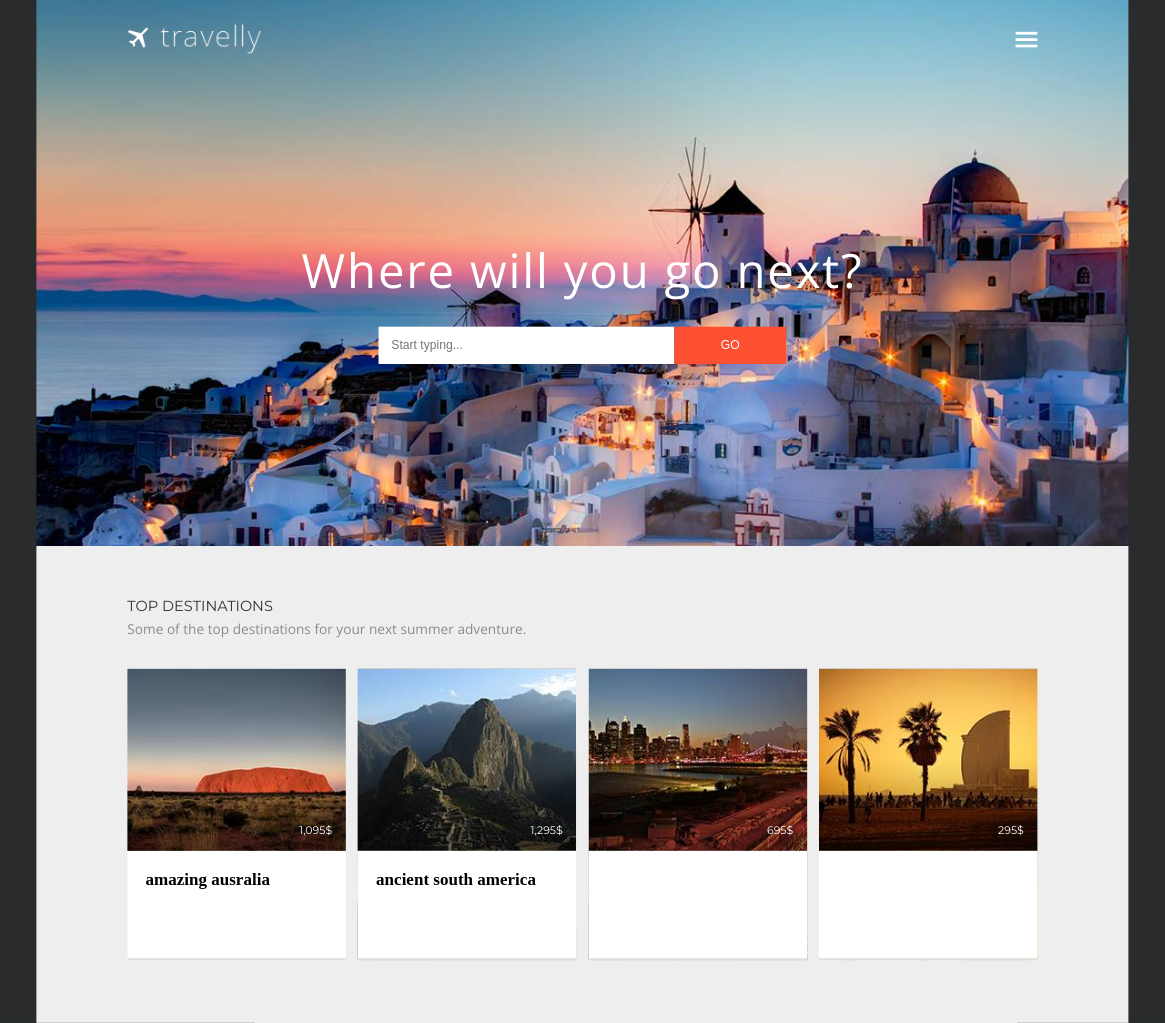
Repository: YusifHasanov/Web-Page-Template
Page: index.html
An editor plug-in stored every save of this project. The page is shown before and after the next save, followed by the edit.
The browser window is 1280 px wide. The pictures show the whole page, at 91% of full size.

Above is the page before, as saved 2021-12-05 21:36:51.

### index.html
<!DOCTYPE html>
<html lang="en">
<head>
  <!-- !required meta tags -->
  <meta charset="UTF-8">
  <meta http-equiv="X-UA-Compatible" content="IE=edge">
  <meta name="viewport" content="width=device-width, initial-scale=1.0">
  <title>Document</title>
  <!-- !style css -->
  <link rel="stylesheet" href="./css/style.css" />
</head>
<body>

  <div class="container">
      <div class="header useless">
        <div class="navBar d-flex justify-between align-end">
          <img src="./img/logo.png" alt="traveller company logo" />
          <img src="./img/menubar.png" class="hamburger" alt="hamburger menu logo" />
        </div>
        <h1>Where will you go next?</h1>
        <form class="d-flex justify-center">
          <input type="text" id="search" name="search" [aria-label="search"] placeholder="Start typing..." />
          <button type="submit" role="button">GO</button>
        </form>
      </div>
      <div class="top-destinations useless">
            <h2>Top destinations</h2>
            <p>Some of the top destinations for your next summer adventure.</p>

            <div class="flex-container d-flex justify-between">
              <div class="flex-item">
                <!-- !1 -->
                <div class="top australia">
                  <span>1,095$</span>
                </div>
                <div class="down">
                  <h3>amazing ausralia</h3>
                </div>
              </div>
                <!-- !2 -->
              <div class="flex-item s-america">
                <div class="top">
                   <span>1,295$</span>
                </div>
                <div class="down">
                     <h3>ancient south america</h3>
                </div>
              </div>
                <!-- !3 -->
              <div class="flex-item n-america">
                <div class="top">
                   <span>695$</span>
                </div>
                <div class="down"></div>
              </div>
                <!-- !4 -->
              <div class="flex-item europe">
                <div class="top">
                   <span>295$</span>
                </div>
                <div class="down"></div>
              </div>
            </div>
      </div>
  </div>

</body>
</html>

### css/style.css
@import url('https://fonts.googleapis.com/css2?family=Montserrat&family=Open+Sans:wght@300;400&display=swap');

* {
  margin: 0;
  padding: 0;
  outline: 0;
  border: 0;
  box-sizing: border-box;
}

body {
  min-height: 100vh;
  background-color: #292b2c;
}

.d-flex {
  display: flex;
}

.justify-center {
  justify-content: center;
}

.justify-between {
  justify-content: space-between;
}

.align-end {
  align-items: flex-end;
}

.useless {
  padding-left: 8.33%;
  padding-right: 8.33%;
}

.container {
  max-width: 1200px;
  margin-left: auto;
  margin-right: auto;
}

.header {
  height: 600px;
  background-image: url(./../img//backgr.jpg);
}

.navBar {
  padding-top: 26px;
}

.hamburger {
  margin-bottom: 6px;
}

.header > h1 {
  font-size: 52px;
  letter-spacing: 2px;
  color: #ffffff;
  font-weight: 300;
  font-family: 'Open Sans', sans-serif;
  text-align: center;
  line-height: 45px;
  margin-top: 215px;
}

.header > h1 + form {
  margin-top: 40px;
  height: 41px;
}

button[type='submit'] {
  width: 123px;
  background-color: #fd4f32;
  color: white;
}

.header input[type='text'] {
  width: 325px;
  padding-left: 14px;
}

.top-destinations {
  padding-top: 59px;
  padding-bottom: 69px;
  background-color: #eee;
}

.top-destinations > h2 {
  font-size: 16px;
  letter-spacing: 0px;
  color: #323232;
  font-weight: 400;
  font-family: 'Montserrat', sans-serif;
  text-transform: uppercase;
  line-height: 13px;
}

.top-destinations > p {
  font-size: 15px;
  letter-spacing: 0px;
  color: #8b8b8b;
  font-weight: 400;
  font-family: 'Open Sans', sans-serif;
  line-height: 10px;
  margin-top: 14px;
}

.flex-container {
  margin-top: 39px;
}

.flex-item {
  width: 24%;
}

.top {
  height: 200px;
  position: relative;
}

.top > span {
  position: absolute;
  font-size: 12px;
  letter-spacing: 0px;
  color: #ffffff;
  font-weight: 400;
  font-family: 'Montserrat', sans-serif;
  text-align: right;
  bottom: 16px;
  right: 15px;
}

.australia {
  background-image: url(./../img/amazing-a.jpg);
}

.s-america {
  background-image: url(./../img/s-america.jpg);
}

.n-america {
  background-image: url(./../img/n-america.jpg);
}

.europe {
  background-image: url(./../img/europe.jpg);
}
.down {
  height: 120px;
  background-color: white;
  border-bottom: 2px solid #e1dfd8;
  padding-left: 20px;
  padding-top: 20px;
}

After the next save:
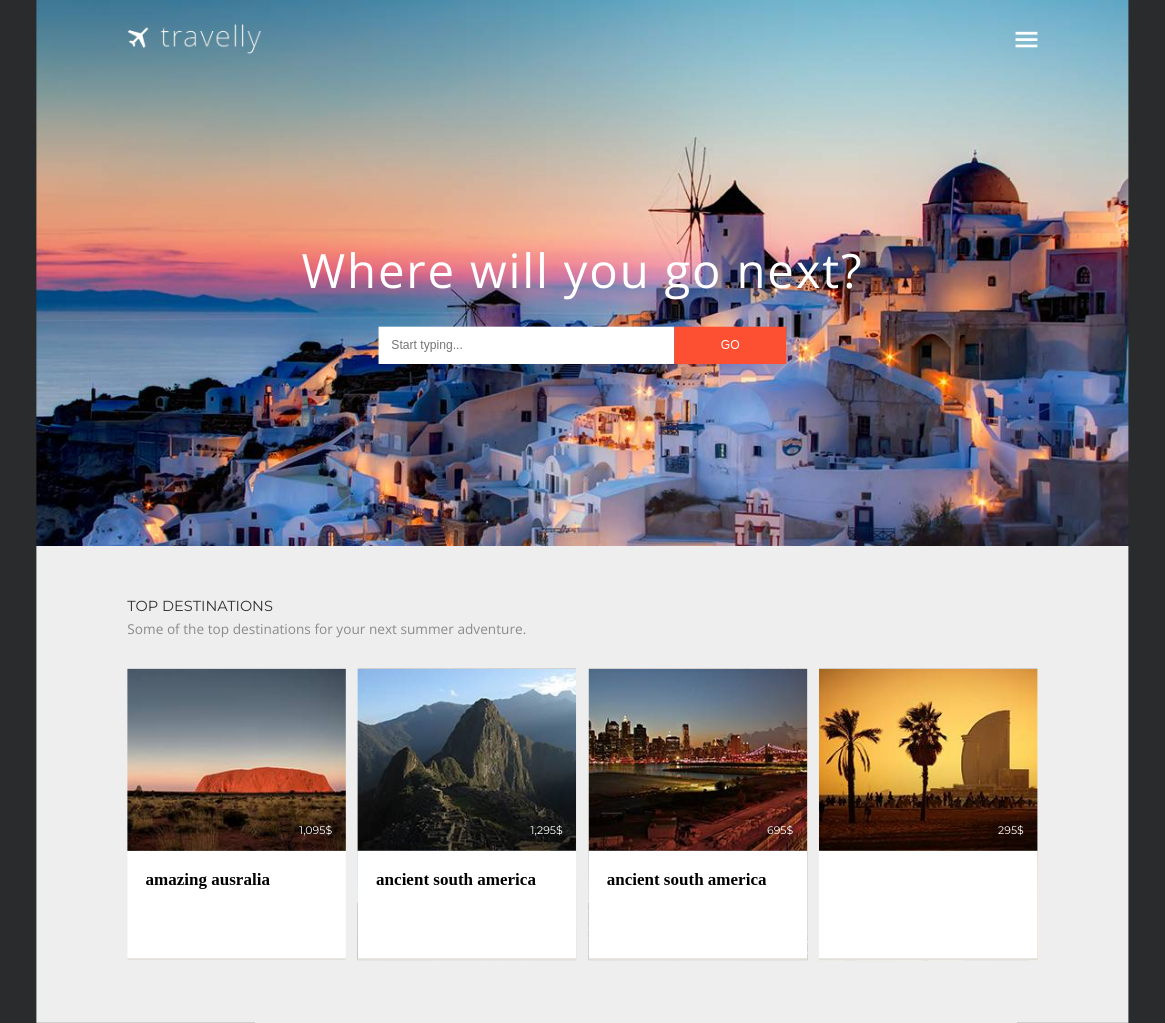
Saved 10 s later.
--- a/index.html
+++ b/index.html
@@ -51,7 +51,9 @@
                 <div class="top">
                    <span>695$</span>
                 </div>
-                <div class="down"></div>
+                <div class="down">
+                  <h3>ancient south america</h3>
+                </div>
               </div>
                 <!-- !4 -->
               <div class="flex-item europe">
